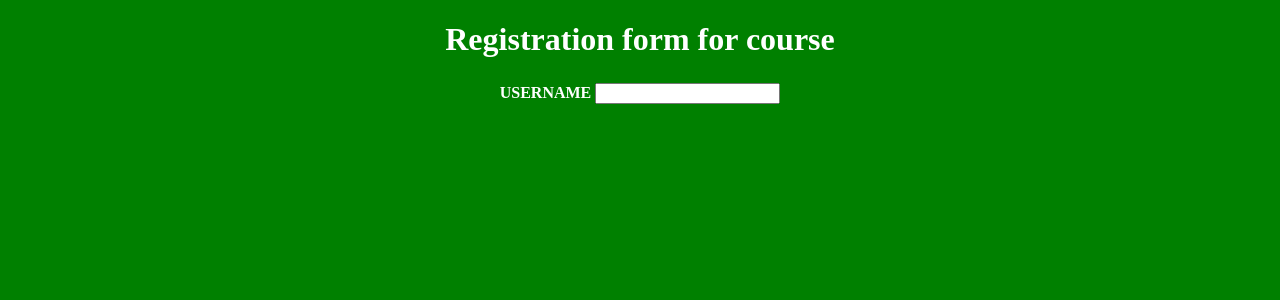
Repository: lalitkrchoudhary/Servlet-notes
Page: RequestServletApp/src/main/webapp/register.html
An editor plug-in stored every save of this project. The page is shown before and after the next save, followed by the edit.
The browser window is 1280 px wide. The pictures show the whole page.

Above is the page before, as saved 2024-04-28 22:52:14.

### RequestServletApp/src/main/webapp/register.html
<!DOCTYPE html>
<html>
<head>
<meta charset="UTF-8">
<title>Insert title here</title>
</head>
<body style="background-color:green; color:white;" >
<center>
<h1>Registration form for course </h1>
<form method="post">
<table>
<tr>
<th>USERNAME</th>
<td><input type="text" name="username"   /></td>
<tr>

</table>
</form>
</center>

</body>
</html>

After the next save:
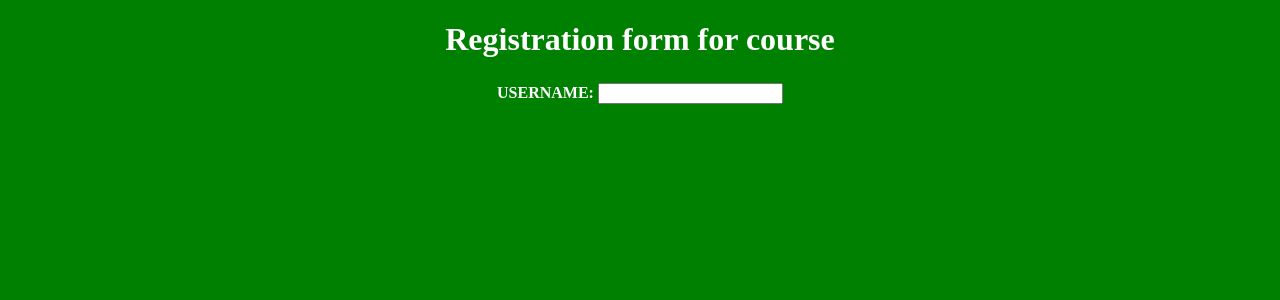
Saved 22 s later.
--- a/RequestServletApp/src/main/webapp/register.html
+++ b/RequestServletApp/src/main/webapp/register.html
@@ -10,7 +10,7 @@
 <form method="post">
 <table>
 <tr>
-<th>USERNAME</th>
+<th>USERNAME: </th>
 <td><input type="text" name="username"   /></td>
 <tr>
 
